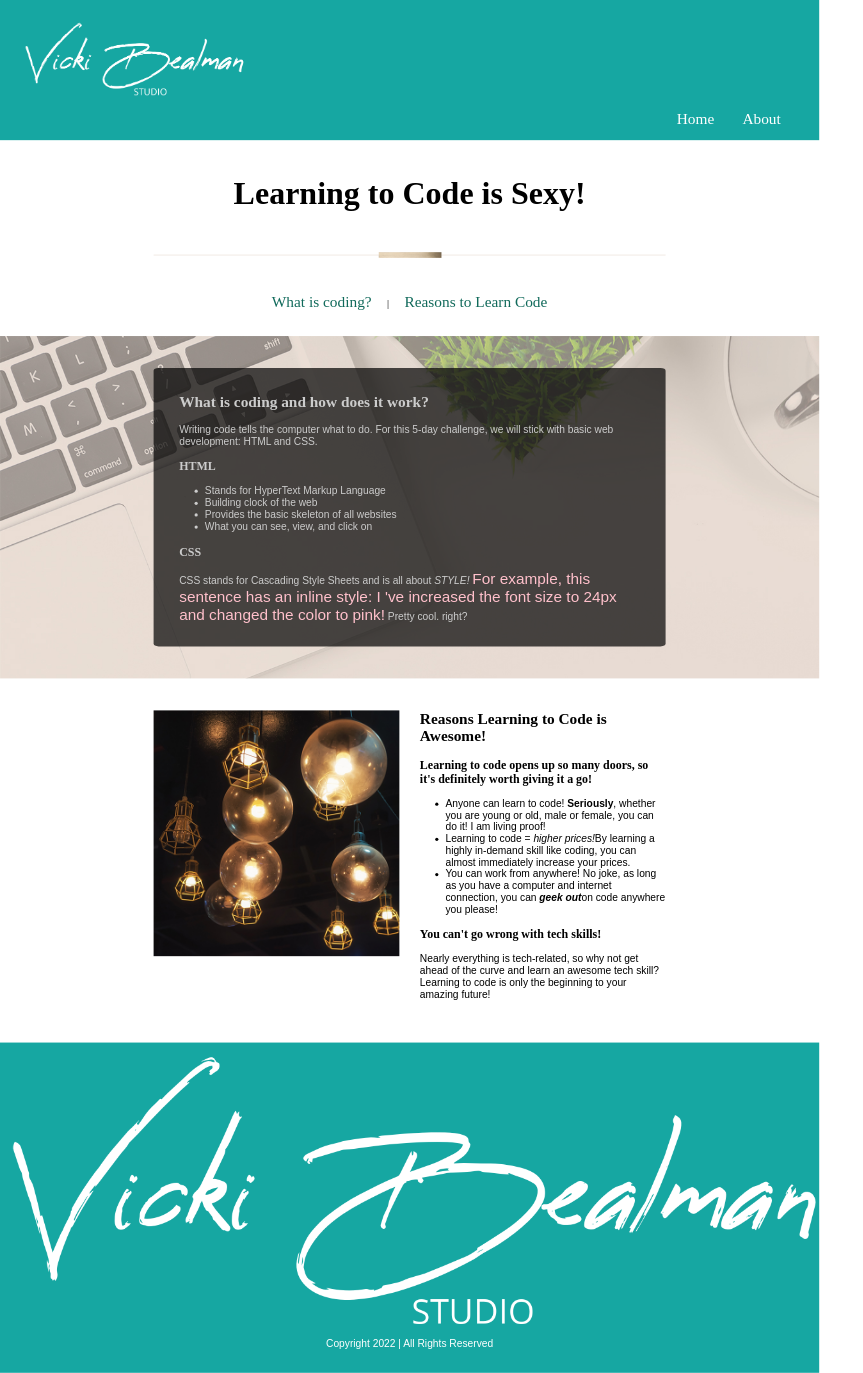
Repository: DrVicki/master
Page: index.html
These files come from the project's save history. The page is drawn as it stood at one moment and after the next save; the edit follows.
The browser window is 1280 px wide. The page is 1348 px wide, then 1280 px, so the pictures cover 1348 px, including what lies to the right of the window. The pictures show the whole page, at 64% of full size.

Above is the page before, as saved 2022-06-13 09:00:22.

### index.html
<!DOCTYPE html>
<html>

<head>
    <meta charset="UTF-8" />
    <title>Vicki's 5 Day Challenge</title>
    <link href="https://fonts.googleapis.com/css2?family=Fira+Code:wght@300;400&family=Source+Code+Pro:wght@200&display=swap" rel="stylesheet">
    <link rel="preconnect" href="https://fonts.googleapis.com">
    <link rel="preconnect" href="https://fonts.gstatic.com" crossorigin>
    <link href="https://fonts.googleapis.com/css2?family=Source+Code+Pro:wght@500&display=swap" rel="stylesheet">

    <link href="styles/style.css" rel="stylesheet" type="text/css" />
    <link href="styles/normalize.css" rel="stylesheet" type="text/css" />
</head>

<body>
    <header>
        <nav>
            <div class="logo">
                <a href="https://www.vickibealmanstudio.org/" target="_blank">
                    <img src="images/vbstudiologo-w.png" alt="Vicki Bealman Studio Logo" /> </a>
            </div>
            <div id="navigation">
                <a href=" index.html ">Home</a>
                <a href="about.html ">About</a>
            </div>
        </nav>
    </header>

    <div id="section-one">
        <div class="wrap">
            <h1>Learning to Code is Sexy!</strong>
            </h1>
            <img src="/Users/vickibealman/Desktop/Master/images/DividerGold.png " alt="Divider " />

            <nav>
                <a href="#section-two">What is coding?</a> |
                <a href="#section-three">Reasons to Learn Code</a>
            </nav>
        </div>
    </div>

    <div id="section-two">
        <div class="wrap">
            <h2>What is coding and how does it work?</h2>

            <p>Writing code tells the computer what to do. For this 5-day challenge, we will stick with basic web development: HTML and CSS.
            </p>

            <h3>HTML</h3>
            <ul>
                <li>Stands for HyperText Markup Language</li>
                <li>Building clock of the web</li>
                <li>Provides the basic skeleton of all websites</li>
                <li>What you can see, view, and click on</li>
            </ul>
            <h3>CSS</h3>
            <p>CSS stands for Cascading Style Sheets and is all about
                <em>STYLE!</em>
                <span style="color: pink; font-size: 24px;"> For example, this sentence has an inline style: I 've increased the font size to 24px and changed the color to pink!</span> Pretty cool. right?</p>
        </div>
    </div>

    <div id="section-three">
        <div class="wrap ">
            <div id="img">
                <img src="images/GoldBalls.jpg " alt="Gold Balls " />
            </div>
            <div id="text">
                <h2>Reasons Learning to Code is Awesome!</h2>
                <h3>Learning to code opens up so many doors, so it's definitely worth giving it a go!</h3>
                <ul>
                    <li>Anyone can learn to code!
                        <strong>Seriously</strong>, whether you are young or old, male or female, you can do it! I am living proof!</li>
                    <li>Learning to code = <em>higher prices!</em>By learning a highly in-demand skill like coding, you can almost immediately increase your prices.</li>
                    <li>You can work from anywhere! No joke, as long as you have a computer and internet connection, you can
                        <strong><em>geek out</em></strong>on code anywhere you please!</li>
                </ul>
                <h3>You can't go wrong with tech skills!</h3>
                <p>Nearly everything is tech-related, so why not get ahead of the curve and learn an awesome tech skill? Learning to code is only the beginning to your amazing future!</p>
            </div>
        </div>
    </div>

    <footer>
        <a href="https://geekpack.cpm">
            <img src="images/vbstudiologo-w.png" alt="VBS Logo" /></a>
        <p>Copyright 2022 | All Rights Reserved</p>
    </footer>
</body>

</html>

### styles/style.css
h1,
h2,
h3,
h4,
h5,
h6 {
    font-family: 'oswald';
}

p,
li {
    font-family: sans-serif;
}

header {
    background: #16a7a2;
}

.logo img {
    width: 30%;
    padding-top: 15px;
}

.logo {
    float: left;
}

nav {
    max-width: 1200px;
    margin: 0 auto;
    overflow: hidden;
    padding: 20px;
}

#navigation {
    float: right;
    margin-top: 18px;
}

#navigation a {
    font-family: 'oswald';
    color: white;
    text-decoration: none;
    padding: 20px;
    font-size: 24px;
}

#navigation a:hover {
    color: #d4c2a9;
}

.wrap {
    width: 800px;
    padding: 20px;
    margin: 0 auto;
}

#section-one {
    text-align: center;
}

#section-one img {
    width: 800px;
    padding: 30px 0;
}

#section-one nav a {
    font-family: 'oswald';
    text-decoration: none;
    color: #116a5b;
    padding: 20px;
    font-size: 24px;
}

#section-one nav a:hover {
    color: #d4c2a9;
}

#section-one h1 {
    font-size: 50px;
}

#section-two {
    background: url('../images/ComputerBackground.jpg') no-repeat;
    padding: 50px;
}

#section-two .wrap {
    background: rgba(0, 0, 0, 0.7);
    border-radius: 1%;
    color: #ccc;
    padding: 20px 40px;
    width: 720px;
}

#section-two .wrap a {
    color: white;
    text-decoration: none;
}

#section-three {
    padding: 30px;
}

#section-three .wrap {
    overflow: auto;
}

#section-three .wrap #img {
    width: 48%;
    float: left;
    padding-right: 4%;
}

#section-three .wrap #img img {
    width: 100%;
}

#section-three .wrap #text {
    width: 48%;
    float: left;
}

#section-three h2 {
    margin-top: 0;
}

footer {
    background: #16a7a2;
    text-align: center;
    padding: 20px;
    color: #fff;
}

.logo.footer {
    float: none;
    width: 200px;
}

#about-section-two {
    background: url('../images/ComputerBackground.jpg') no-repeat;
    padding: 30px;
}

#about-section-two .wrap {
    overflow: hidden;
}

#about-section-two .wrap #img {
    width: 48%;
    float: left;
    padding-right: 4%;
}

#about-section-two .wrap #img img {
    width: 90%;
}

#about-section-two .wrap #text {
    width: 48%;
    float: left;
}

#about-section-two h2 {
    margin-top: 0;
}

#about-navigation {
    float: right;
    margin-top: 18px;
}

#header-about {
    background-color: black;
}

Loaded but not shown: styles/normalize.css (library)

After the next save:
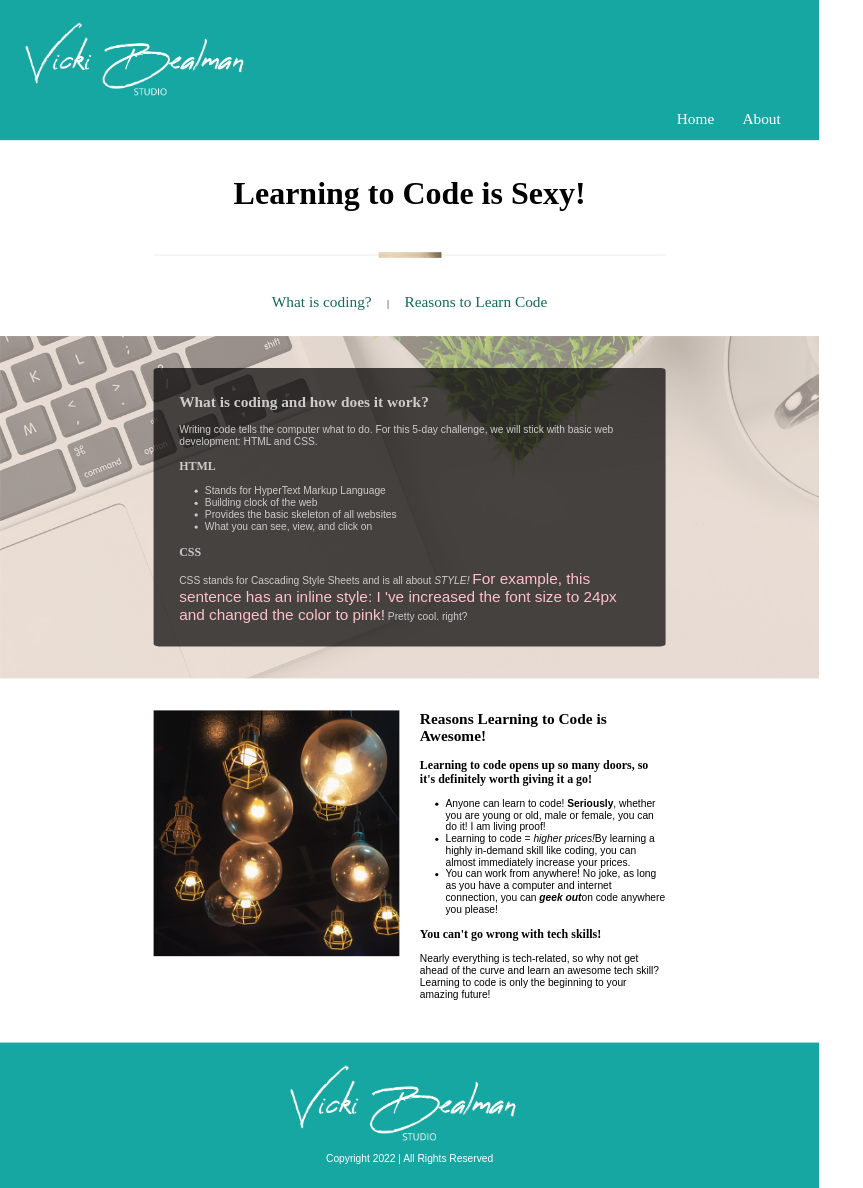
Saved 2 min 39 s later.
--- a/index.html
+++ b/index.html
@@ -82,7 +82,7 @@
         </div>
     </div>
 
-    <footer>
+    <footer class="logo">
         <a href="https://geekpack.cpm">
             <img src="images/vbstudiologo-w.png" alt="VBS Logo" /></a>
         <p>Copyright 2022 | All Rights Reserved</p>
